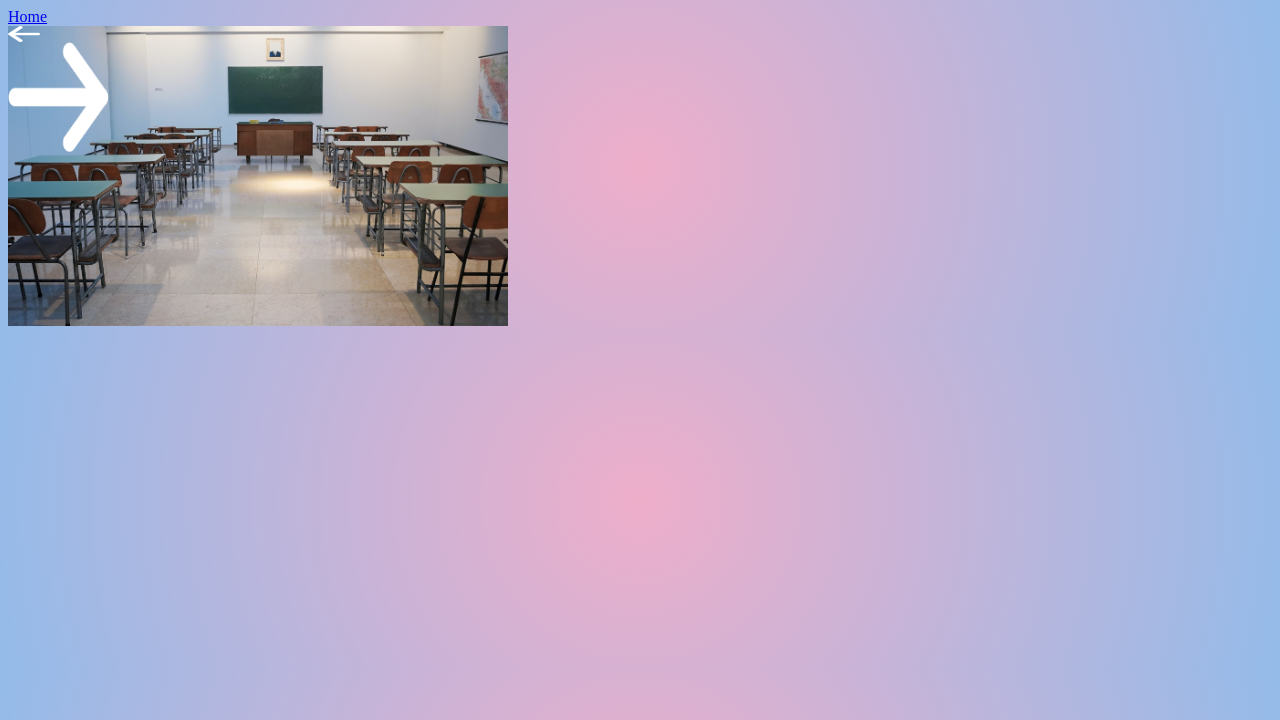
Repository: juliet-jskim/week-8-useEffect-carousel
Page: /carouselPage
An editor plug-in stored every save of this project. The page is shown before and after the next save, followed by the edit.
The browser window is 1280 px wide. The pictures show the whole page.
The project was rebuilt for these pictures with package versions that can differ from the ones it lists, and the page was loaded fresh each time. The framework's server and built-in components were replaced by stand-ins that run in the browser. Also part of the build but not shown: next.config.js, styles/CarouselPage.module.css.

Above is the page before, as saved 2023-02-20 23:28:26.

### pages/carouselPage.js
import Link from "next/link"
import Carousel from "@/components/carousel"
import styles from "@/styles/CarouselPage.module.css"

export default function CarouselPage() {
    return (
        <>
        <Link href="/">Home</Link>
        <Carousel/>
        </>
    )
}

### styles/globals.css
:root {
  /** add colors you want to add to all the pages here**/
  background: rgb(238,174,202);
  background: radial-gradient(circle, rgba(238,174,202,1) 0%, rgba(148,187,233,1) 100%);

}

### components/carousel/index.js
import Image from "next/image"
import { useState } from "react"
import styles from '@/components/carousel/Carousel.module.css'

export default function Carousel() {
    const[img, setImg] = useState(0);

    const changeImage = (change) => {
        if(change == "backward") {
            setImg(img - 1);

            if (img == 0) {
                setImg(5); //this will go back to the last image, into a "loop"
            }
            console.log(img);
        } else if (change =="forward") {
            setImg(img + 1);

            if (img == 5) {
                setImg(0) //will go back to the first image into a "loop"
            }
             console.log(img);
        }
    }

    return(
    <>
        <div style={{
                        backgroundImage:"url(/carousel-images/" + img + ".jpg)", // concatenate method
                        backgroundSize:'cover',
                        backgroundRepeat:"no-repeat",
                        width: 500,
                        height: 300
        }}>
            <Image className={styles.arrows}
                src={"/icons/leftArrow.png"}
                alt={"/icons/leftArrow.png"}
                width= {100}
                height= {100}
                onClick={() => changeImage("backward")}
            />

            <Image
                src={"/icons/rightArrow.png"}
                alt={"/icons/rightArrow.png"}
                width= {100}
                height= {110}
                onClick={() => changeImage("forward")}
            />
        </div>
    </>
    )
}

### components/carousel/Carousel.module.css
.arrows{
    display: flex;
    flex-direction: row;
    width: 2rem;
    height: 1rem;
}

Loaded but not shown: pages/_app.js (common file); pages/_document.js (common file)

After the next save:
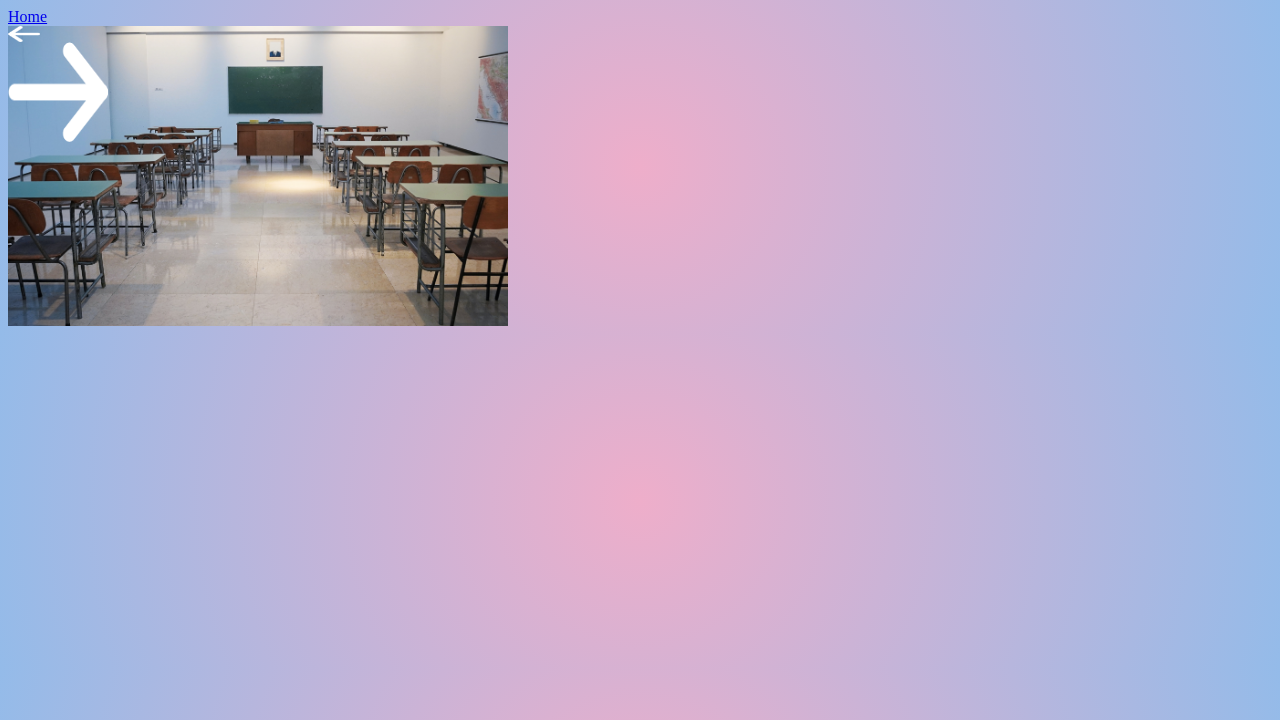
Saved 8 s later.
--- a/components/carousel/index.js
+++ b/components/carousel/index.js
@@ -44,7 +44,7 @@ export default function Carousel() {
                 src={"/icons/rightArrow.png"}
                 alt={"/icons/rightArrow.png"}
                 width= {100}
-                height= {110}
+                height= {100}
                 onClick={() => changeImage("forward")}
             />
         </div>
